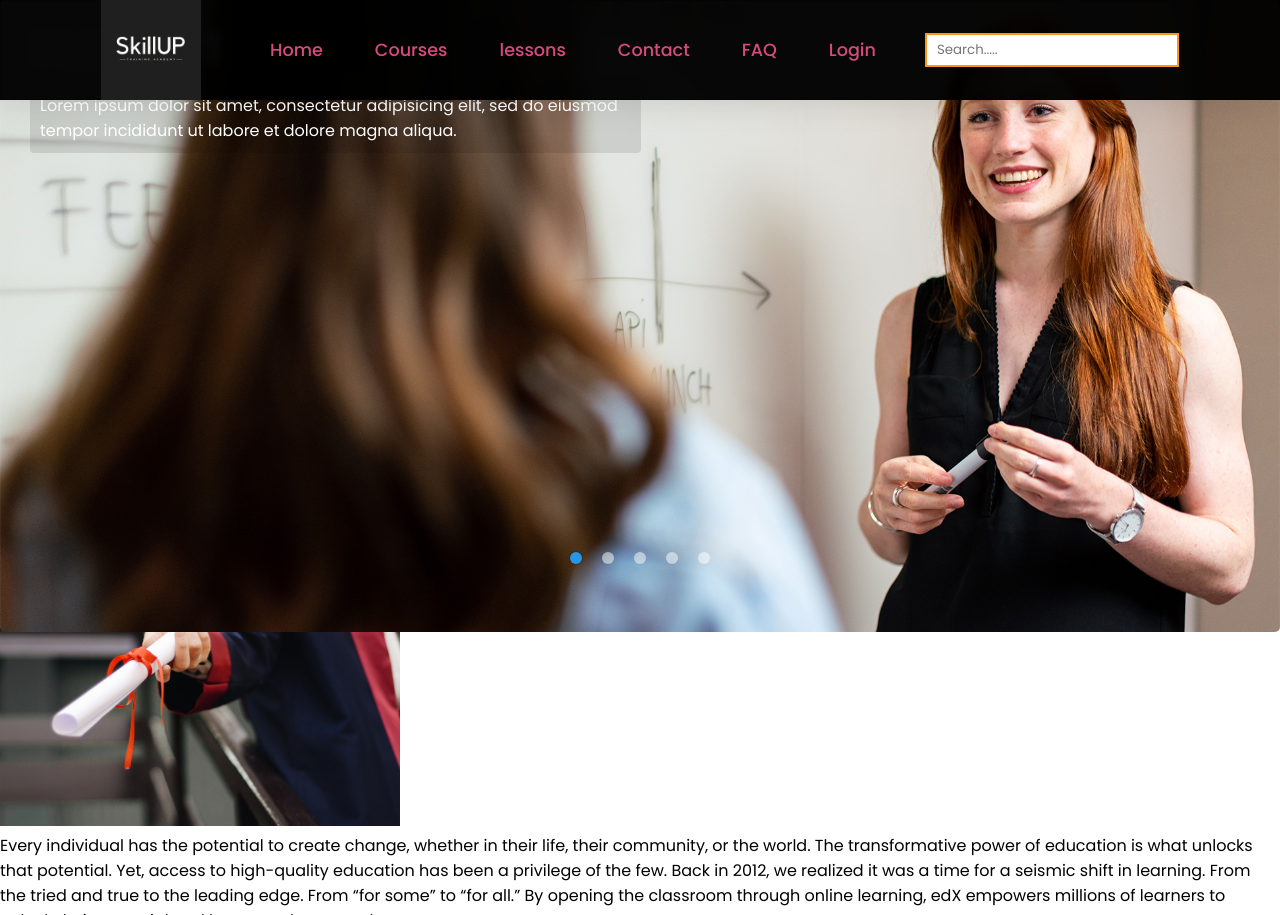
Repository: 2tzz/SkillUp-Academy
Page: home.html
These files come from the project's save history. The page is drawn as it stood at one moment and after the next save; the edit follows.
The browser window is 1280 px wide. The pictures show the part of the page from y = 0 to 915 px (the page is 1495 px tall).
A picture or video elsewhere on the page could not be fetched, so the positions and the page height are approximate. Some web fonts or font styles are not loaded; a fallback is used.

Above is the page before, as saved 2022-10-22 23:39:52.

After the next save:
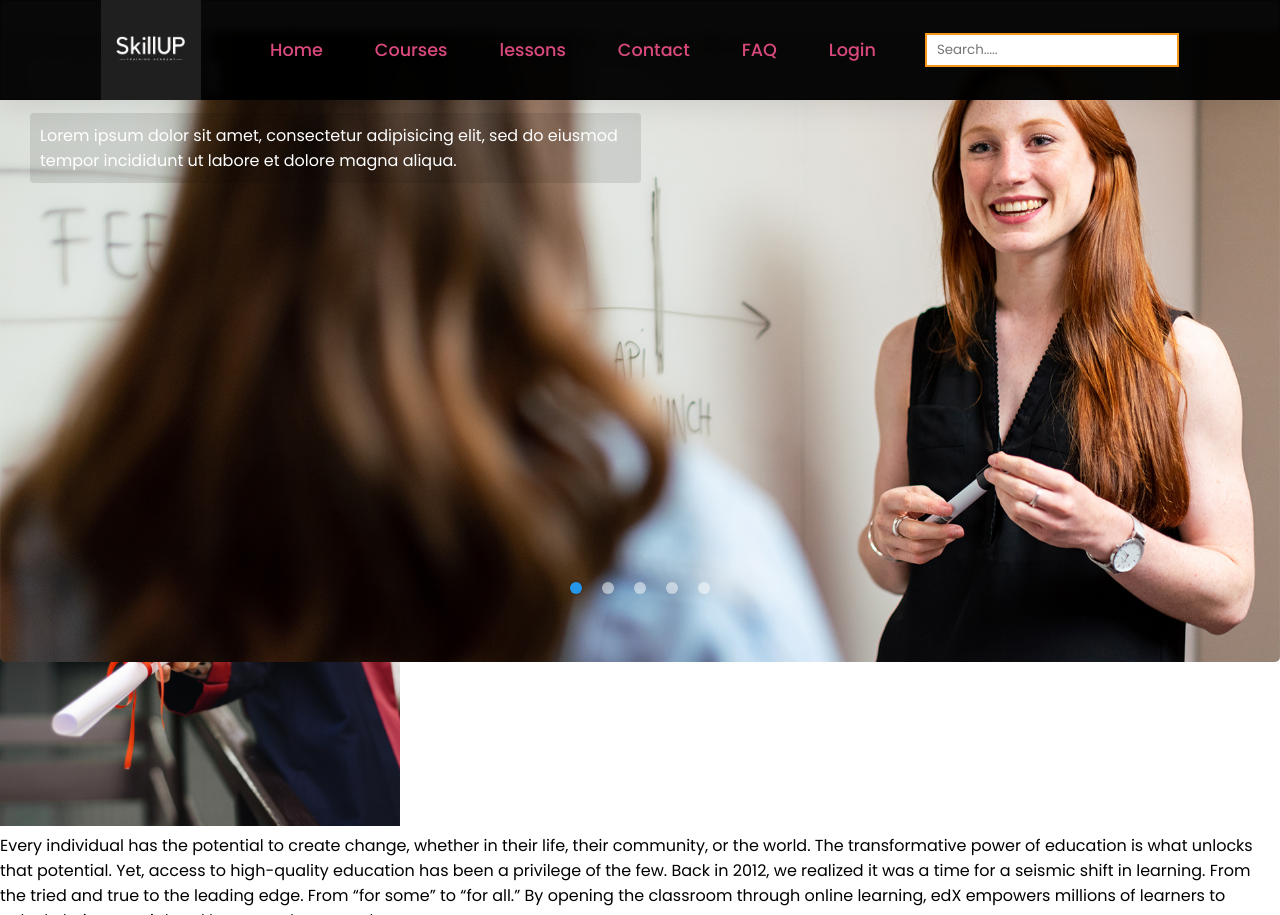
Saved 57 s later.
--- a/CSS/home.css
+++ b/CSS/home.css
@@ -28,6 +28,7 @@ body {
 
 
 .img-slider{
+  top: 30px;
   position: relative;
   width:auto;
   height: 80vh;
